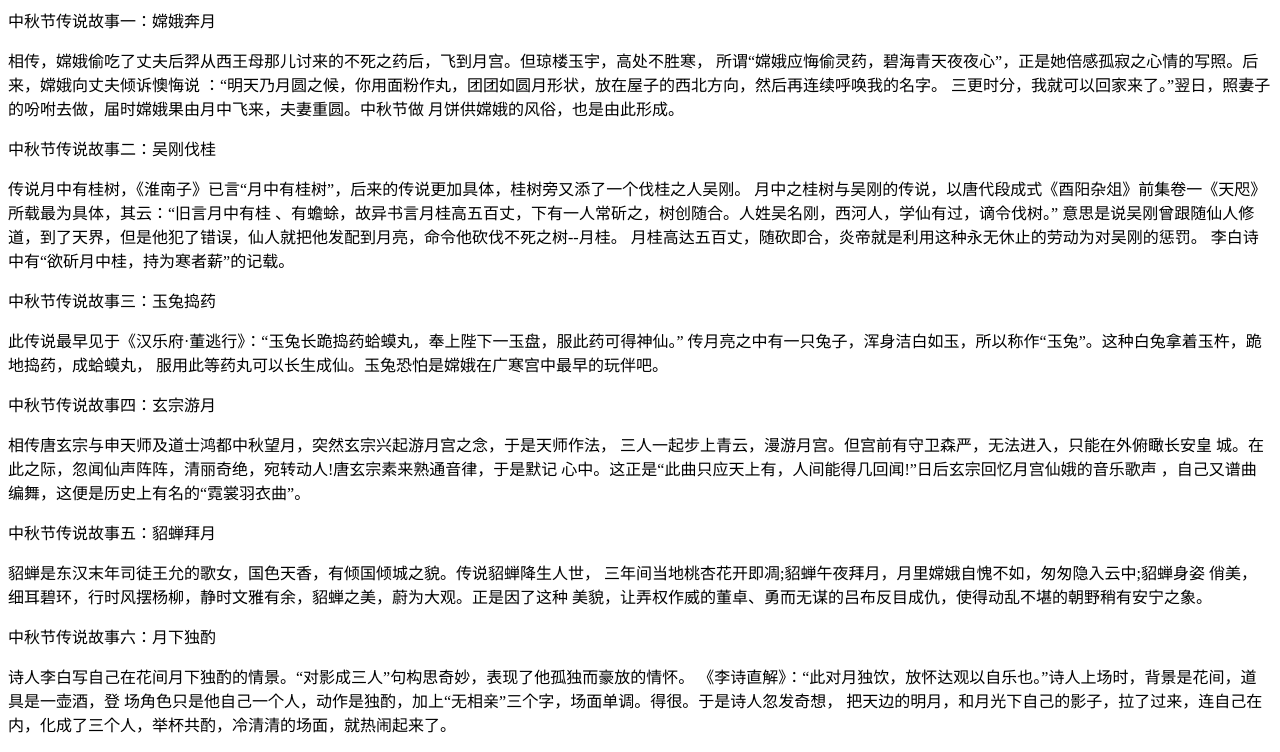
Repository: XueJie1/computer-operation-basics
Page: pages/midautumn/legend.html
An editor plug-in stored every save of this project. The page is shown before and after the next save, followed by the edit.
The browser window is 1280 px wide. The pictures show the whole page.

Above is the page before, as saved 2023-09-04 22:04:43.

After the next save:
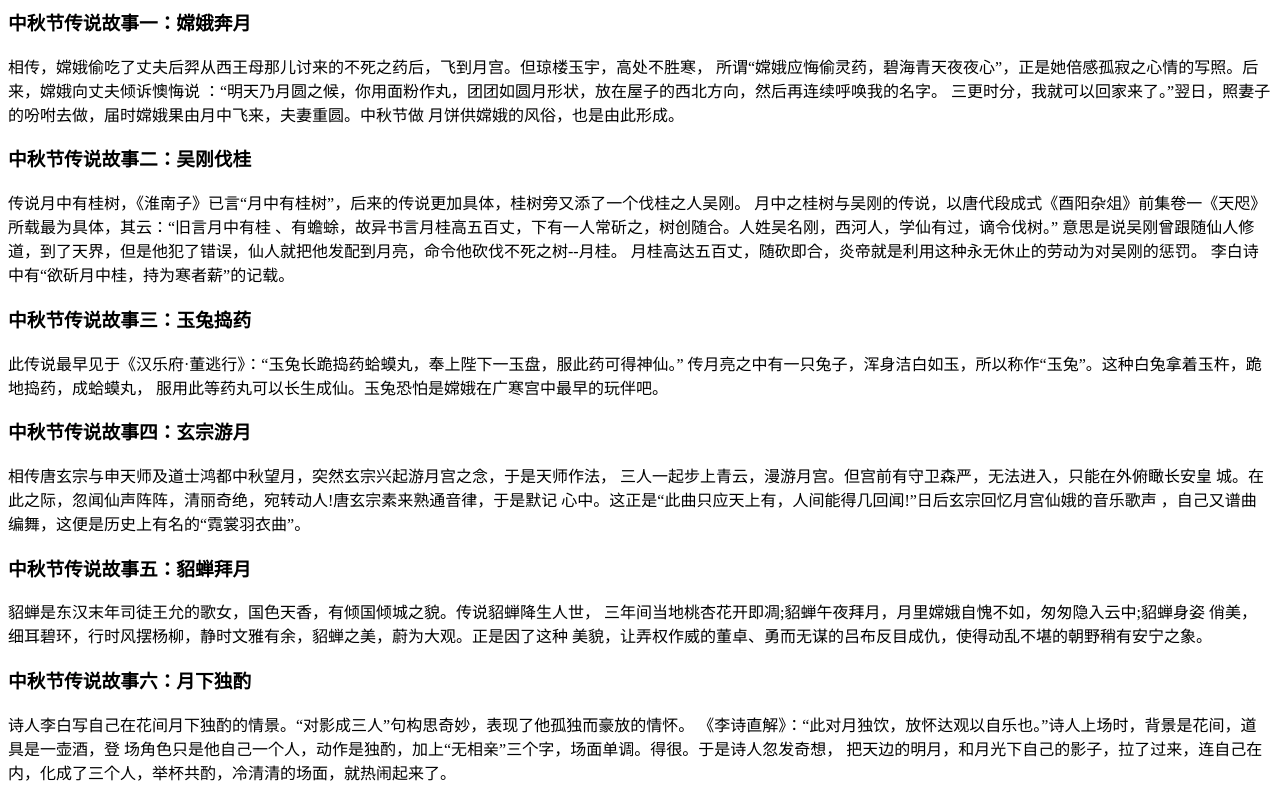
Saved 76 s later.
--- a/pages/midautumn/legend.html
+++ b/pages/midautumn/legend.html
@@ -1,11 +1,11 @@
-<p>中秋节传说故事一：嫦娥奔月</p>
+<h3>中秋节传说故事一：嫦娥奔月</h3>
 <p>相传，嫦娥偷吃了丈夫后羿从西王母那儿讨来的不死之药后，飞到月宫。但琼楼玉宇，高处不胜寒，
     所谓“嫦娥应悔偷灵药，碧海青天夜夜心”，正是她倍感孤寂之心情的写照。后来，嫦娥向丈夫倾诉懊悔说
     ：“明天乃月圆之候，你用面粉作丸，团团如圆月形状，放在屋子的西北方向，然后再连续呼唤我的名字。
     三更时分，我就可以回家来了。”翌日，照妻子的吩咐去做，届时嫦娥果由月中飞来，夫妻重圆。中秋节做
     月饼供嫦娥的风俗，也是由此形成。
 </p>
-<p>中秋节传说故事二：吴刚伐桂</p>
+<h3>中秋节传说故事二：吴刚伐桂</h3>
 <p>传说月中有桂树，《淮南子》已言“月中有桂树”，后来的传说更加具体，桂树旁又添了一个伐桂之人吴刚。
     月中之桂树与吴刚的传说，以唐代段成式《酉阳杂俎》前集卷一《天咫》所载最为具体，其云：“旧言月中有桂
     、有蟾蜍，故异书言月桂高五百丈，下有一人常斫之，树创随合。人姓吴名刚，西河人，学仙有过，谪令伐树。”
@@ -13,25 +13,25 @@
     月桂高达五百丈，随砍即合，炎帝就是利用这种永无休止的劳动为对吴刚的惩罚。
     李白诗中有“欲斫月中桂，持为寒者薪”的记载。
 </p>
-<p>中秋节传说故事三：玉兔捣药</p>
+<h3>中秋节传说故事三：玉兔捣药</h3>
 <p>此传说最早见于《汉乐府·董逃行》：“玉兔长跪捣药蛤蟆丸，奉上陛下一玉盘，服此药可得神仙。”
     传月亮之中有一只兔子，浑身洁白如玉，所以称作“玉兔”。这种白兔拿着玉杵，跪地捣药，成蛤蟆丸，
     服用此等药丸可以长生成仙。玉兔恐怕是嫦娥在广寒宫中最早的玩伴吧。
 </p>
-<p>中秋节传说故事四：玄宗游月</p>
+<h3>中秋节传说故事四：玄宗游月</h3>
 <p>相传唐玄宗与申天师及道士鸿都中秋望月，突然玄宗兴起游月宫之念，于是天师作法，
     三人一起步上青云，漫游月宫。但宫前有守卫森严，无法进入，只能在外俯瞰长安皇
     城。在此之际，忽闻仙声阵阵，清丽奇绝，宛转动人!唐玄宗素来熟通音律，于是默记
     心中。这正是“此曲只应天上有，人间能得几回闻!”日后玄宗回忆月宫仙娥的音乐歌声
     ，自己又谱曲编舞，这便是历史上有名的“霓裳羽衣曲”。
 </p>
-<p>中秋节传说故事五：貂蝉拜月</p>
+<h3>中秋节传说故事五：貂蝉拜月</h3>
 <p>貂蝉是东汉末年司徒王允的歌女，国色天香，有倾国倾城之貌。传说貂蝉降生人世，
     三年间当地桃杏花开即凋;貂蝉午夜拜月，月里嫦娥自愧不如，匆匆隐入云中;貂蝉身姿
     俏美，细耳碧环，行时风摆杨柳，静时文雅有余，貂蝉之美，蔚为大观。正是因了这种
     美貌，让弄权作威的董卓、勇而无谋的吕布反目成仇，使得动乱不堪的朝野稍有安宁之象。
 </p>
-<p>中秋节传说故事六：月下独酌</p>
+<h3>中秋节传说故事六：月下独酌</h3>
 <p>诗人李白写自己在花间月下独酌的情景。“对影成三人”句构思奇妙，表现了他孤独而豪放的情怀。
     《李诗直解》：“此对月独饮，放怀达观以自乐也。”诗人上场时，背景是花间，道具是一壶酒，登
     场角色只是他自己一个人，动作是独酌，加上“无相亲”三个字，场面单调。得很。于是诗人忽发奇想，
